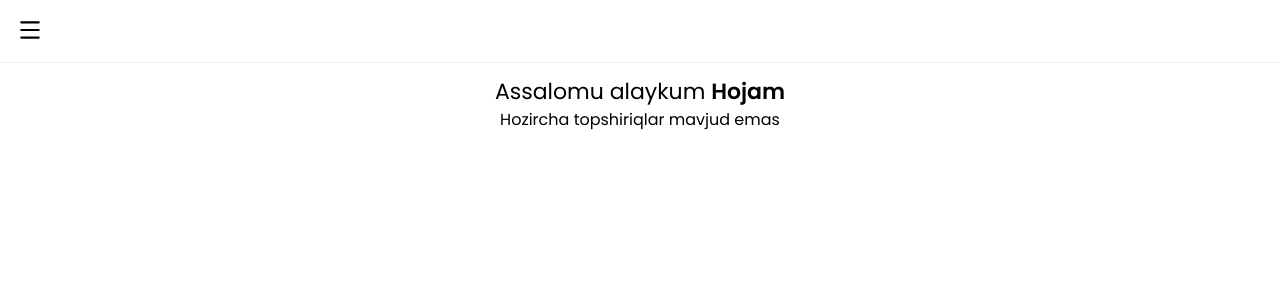
Repository: zaynobiddinovofficel-debug/KotibaAI
Page: / (app in web/)
These files come from the project's save history. The page is drawn as it stood at one moment and after a run of saves; the edit follows.
The browser window is 1280 px wide. The pictures show the whole page.
Some web fonts or font styles are not loaded; a fallback is used. The project was rebuilt for these pictures with package versions that can differ from the ones it lists, and the page was loaded fresh each time. Also part of the build but not shown: web/vite.config.js.

Above is the page before, as saved 2026-03-25 20:13:04.

After the next 2 saves:
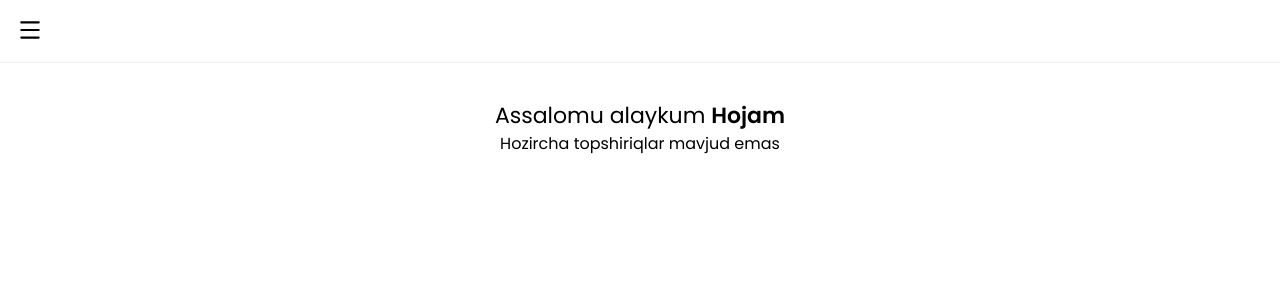
The 2 saves are shown as one change because they came seconds apart.
The last was saved 9 s later.
--- a/web/src/App.jsx
+++ b/web/src/App.jsx
@@ -12,7 +12,7 @@ export default function App() {
       </Button>
     </div>
     {tasks??
-    <div className="px-3 py-3 max-w-[1280px] w-full flex flex-col items-center">
+    <div className="px-3 py-3 max-w-[1280px] w-full flex flex-col items-center my-6">
     <span className="text-[22px]">Assalomu alaykum <b className="font-[550]">
       {username==null?"Hojam":username}
     </b></span>
